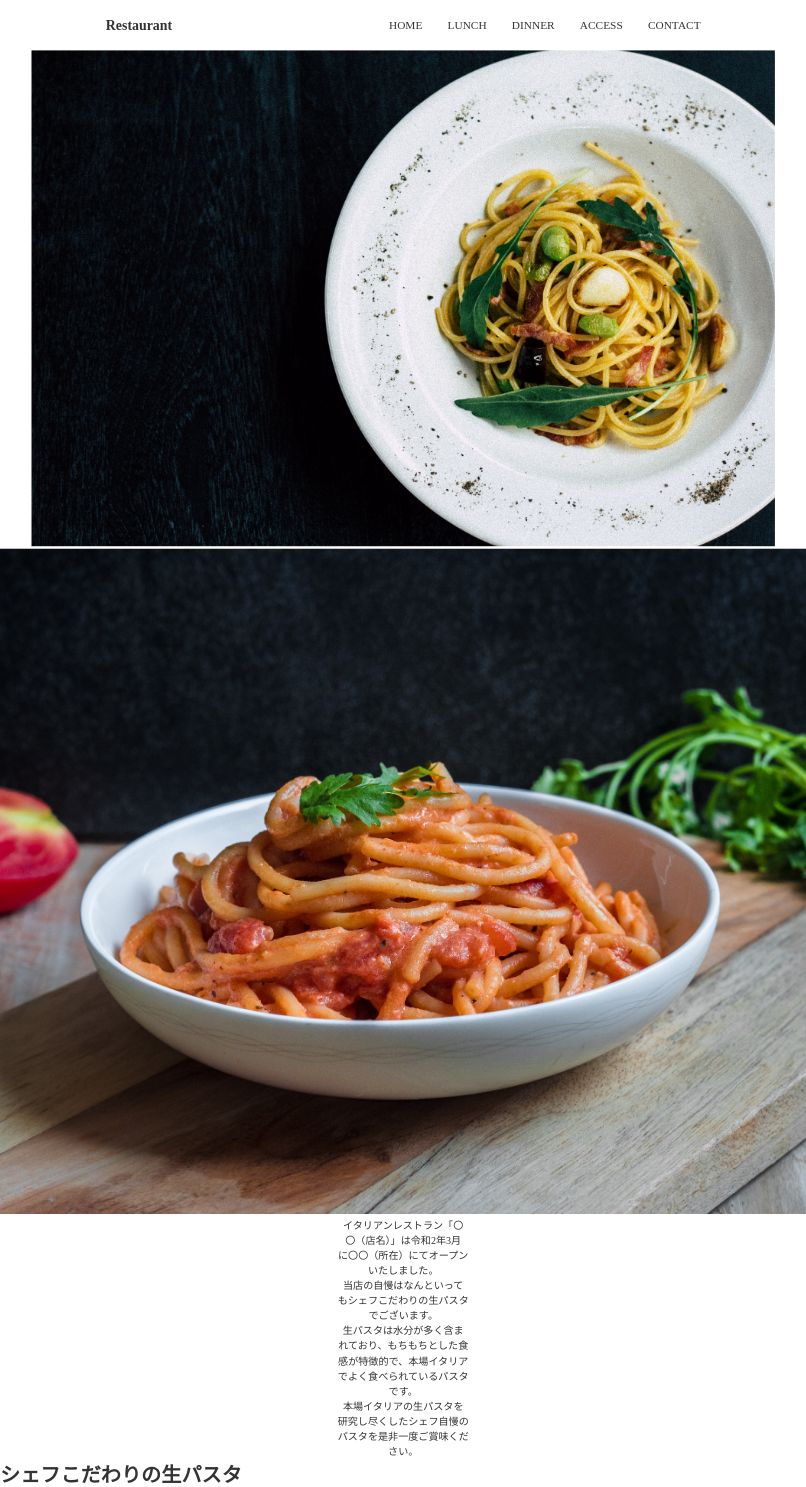
Repository: konatsu-0806/demo-site
Page: FromFigma/index.html
These files come from the project's save history. The page is drawn as it stood at one moment and after a run of saves; the edit follows.
The browser window is 1280 px wide. The pictures show the whole page, at 63% of full size.

Above is the page before, as saved 2023-02-08 17:04:39.

### FromFigma/index.html
<!DOCTYPE html>
<html lang="ja">

<head>
  <meta charset="UTF-8">
  <meta name="viewport" content="width=device-width, initial-scale=1.0">
  <meta http-equiv="X-UA-Compatible" content="ie=edge">
  <link rel="stylesheet" href="css/style.css">
  <title>demosite</title>
</head>

<body>
  <header class="header_bg">
    <div class="header_contents">
      <h1>Restaurant</h1>
      <div class="responsive_btn">
        <div class="menu_line"></div>
        <div class="menu_line"></div>
        <div class="menu_line"></div>
      </div>
      <nav class="header_nav">
        <ul class="header_nav_lists">
          <li><a class="nav_link" href="">HOME</a></li>
          <li><a class="nav_link" href="">LUNCH</a></li>
          <li><a class="nav_link" href="">DINNER</a></li>
          <li><a class="nav_link" href="">ACCESS</a></li>
          <li><a class="nav_link" href="">CONTACT</a></li>
        </ul>
      </nav>
    </div>
  </header>
  <script src="js/master.js"></script>

  <div class="main_visual">
   <img src="img/mgg-vitchakorn-98Xi5vMGKck-unsplash.jpg" alt="">
  </div>

  <div class="intro_bg">
    <div class="intro_contents">
        <div class="intro_img">
            <img src="img/pratik-gupta-gyt0s3wR1YM-unsplash.jpg" alt="">
        </div>
        <div class="intro_sentence">
            <p class="text-center">
              イタリアンレストラン「〇<br />
              〇（店名）」は令和2年3月<br />
              に〇〇（所在）にてオープン<br />
              いたしました。
            </p>
            <p class="text-center">
              当店の自慢はなんといって<br />
              もシェフこだわりの生パスタ<br />
              でございます。<br />
            </p>
            <p class="text-center">
              生パスタは水分が多く含ま<br />
              れており、もちもちとした食<br />
              感が特徴的で、本場イタリア<br />
              でよく食べられているパスタ<br />
              です。
            </p>
            <p class="text-center">
              本場イタリアの生パスタを<br />
              研究し尽くしたシェフ自慢の<br />
              パスタを是非一度ご賞味くだ<br />
              さい。
            </p>
        </div>
        <h1>シェフこだわりの生パスタ</h1>
    </div>
</div>
</body>

</html>

### FromFigma/css/style.css
/* Reset style */
* {
    margin: 0;
    padding: 0;
    box-sizing: border-box;
    list-style: none;
    text-decoration: none;
    color: #333;
}

/* Normal header style */
.header_bg {
    width: 100%;
    height: 80px;
}

.header_contents {
    width: 100%;
    max-width: 1024px;
    height: 100%;
    margin: 0 auto;
    display: flex;
    justify-content: space-between;
    align-items: center;
}

.header_contents h1 {
    font-size: 22px;
    margin: 0 0 0 40px;
}

.header_nav_lists {
    display: flex;
}

.header_nav_lists li {
    margin: 0 40px 0 0;
}

.nav_link {
    font-size: 18px;
}

/* Responsive menu button */
.responsive_btn {
    display: none;
    flex-direction: column;
    align-items: center;
    justify-content: center;
    width: 32px;
    height: 32px;
    margin: 0 40px 0 0;
    cursor: pointer;
    position: relative;
    z-index: 10;
}

.menu_line {
    background-color: #333;
    border-radius: 5px;
    width: 100%;
    height: 5px;
    margin: 4px 0;
}

/* Reaponsive style */
@media screen and (max-width: 768px) {
    .responsive_btn {
        display: flex;
    }

    .header_bg {
        position: relative;
    }

    .header_nav {
        background-color: white;
        width: 100%;
        height: 100vh;
        padding: 80px 0 0 0;
        position: absolute;
        top: 0;
        right: -100%;
        transition: .5s;
    }

    .header_nav_lists {
        display: block;
        text-align: center;
    }

    .header_nav_lists li {
        margin: 0 0 40px;
        text-align: center;
    }

    .nav_link {
        font-size: 20px;
    }
}

/* js function "menuToggle" starting only */
.menu_active {
    right: 0;
  }

/* 1st pic */
img {
    width: 100%;
}

.main_visual {
    margin: 0 50px;
}

/* contents */
. {
    width: 100%;
    max-width: 1200px;
    margin: auto;
}
.contents img {
    width: 100%;
}
.text-center {
    text-align: center;
}
.flexbox {
    display: flex;
}
.box1 {
    width: 55%;
    margin: auto;
}
.box2 {
    width: 45%;
    margin: auto .5rem;
}
@media screen and (max-width: 767px) {
    .flexbox {
        display: block;
    }
    .flexbox .box1 {
        width: 100%;
        margin: 0 auto;
    }
    .flexbox .box2 {
        width: 100%;
        margin: 0 auto;
    }
}

### FromFigma/js/master.js
const responsive_menu_btn = document.querySelector('.responsive_btn');
responsive_menu_btn.addEventListener('click', menuToggle);

function menuToggle() {
  const header_menu_detail = document.querySelector('.header_nav');
  header_menu_detail.classList.toggle('menu_active');
}

After the next 2 saves:
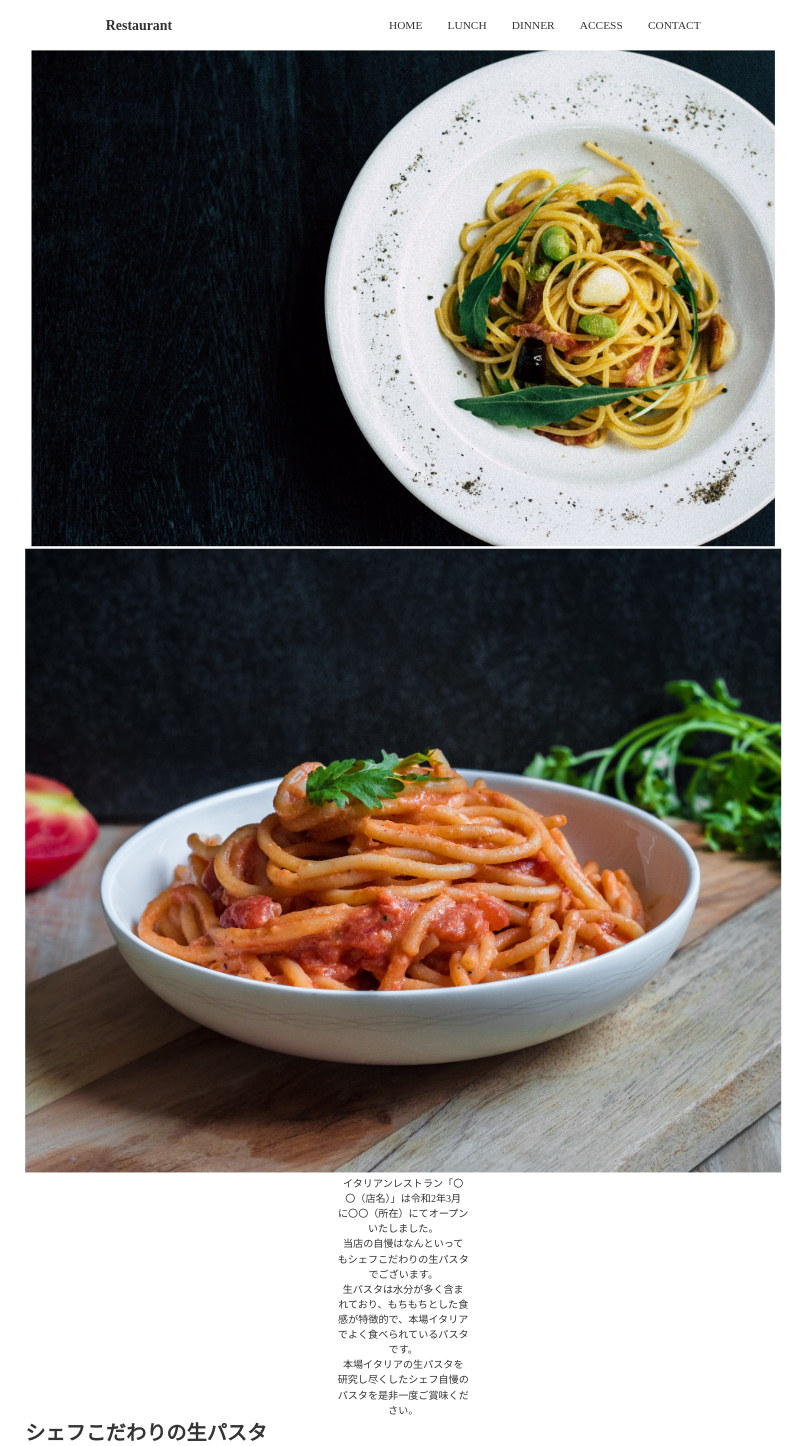
The 2 saves are shown as one change because they came seconds apart.
The last was saved 10 s later.
--- a/FromFigma/css/style.css
+++ b/FromFigma/css/style.css
@@ -114,7 +114,7 @@ img {
 }
 
 /* contents */
-. {
+.intro_bg {
     width: 100%;
     max-width: 1200px;
     margin: auto;
